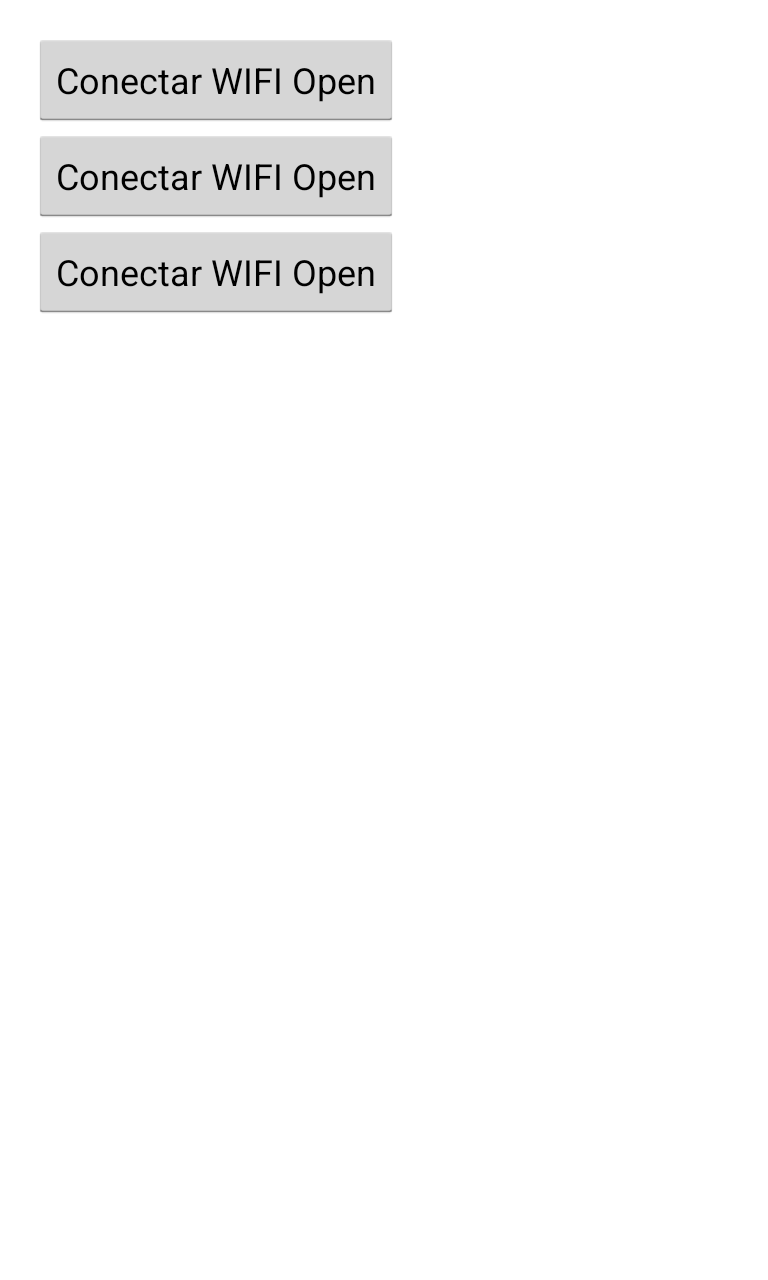
Repository: G3rcar/Android-II
Layout: Clase34WifiConfiguration/res/layout/activity_main.xml
An editor plug-in stored every save of this project. The layout is shown before and after a run of saves, followed by the edit.
It is drawn on a 768 x 1280 px phone screen (xhdpi) without system bars, with theme AppTheme; the app's code is not run.

Above is the layout before, as saved 2013-12-12 13:36:44.

After the next 2 saves:
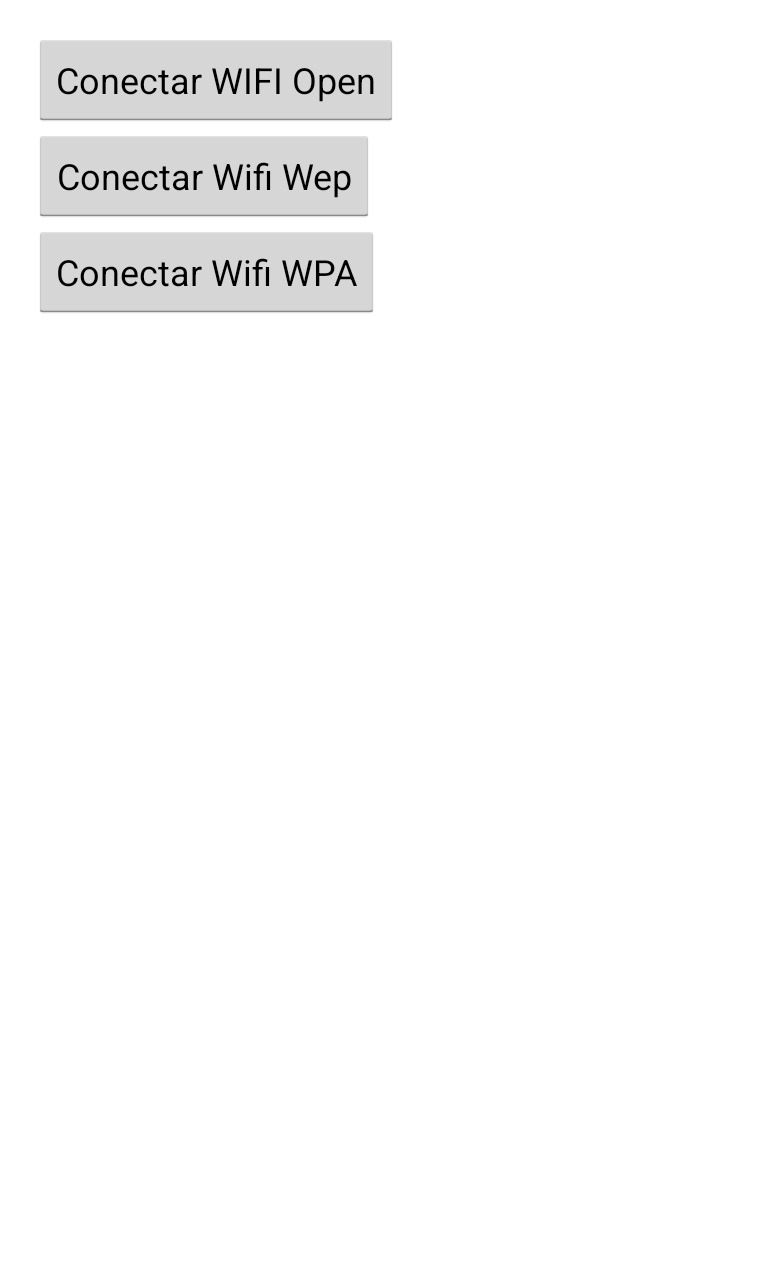
The 2 saves are shown as one change because 1 did not build or start.
The last was saved 27 s later.
--- a/Clase34WifiConfiguration/res/layout/activity_main.xml
+++ b/Clase34WifiConfiguration/res/layout/activity_main.xml
@@ -22,13 +22,13 @@
         android:layout_width="wrap_content"
         android:layout_height="wrap_content"
         android:onClick="connectWep"
-        android:text="@string/btnconnect" />
+        android:text="@string/btnconnectwep" />
 
     <Button
         android:id="@+id/btnConnectWpa"
         android:layout_width="wrap_content"
         android:layout_height="wrap_content"
         android:onClick="connectWap"
-        android:text="@string/btnconnect" />
+        android:text="@string/btnconnectwpa" />
 
 </LinearLayout>
